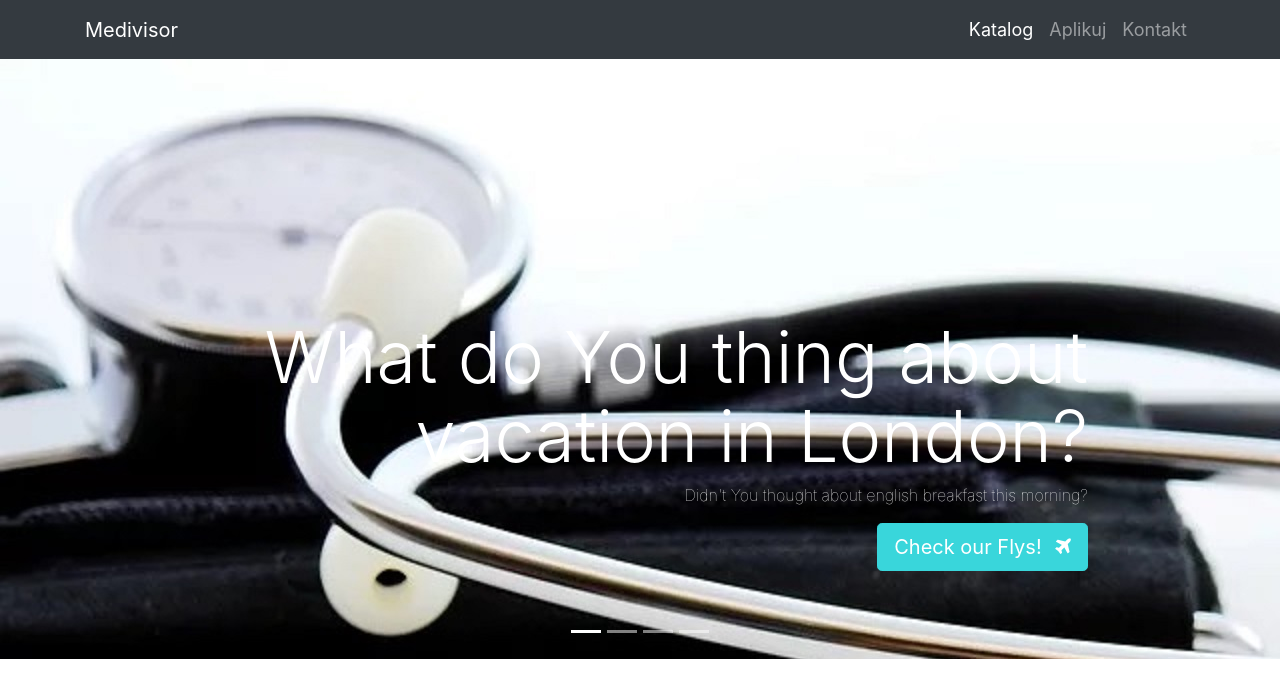
Repository: petrificustotalus/serwisy
Page: src/index.html
These files come from the project's save history. The page is drawn as it stood at one moment and after the next save; the edit follows.
The browser window is 1280 px wide. The pictures show the whole page.

Above is the page before, as saved 2020-05-07 16:25:24.

### src/index.html
<!DOCTYPE html>
<html class="no-js" lang="en">
    <head>
        <meta http-equiv="x-ua-compatible" content="ie=edge">
	    <meta name="viewport" content="width=device-width, initial-scale=1.0" />
        <link rel="stylesheet" href="css/font-awesome.min.css">
        <link rel="stylesheet" href="css/bootstrap.css">
        <link rel="stylesheet" href="css/style.css">
        <title>Globetrooter v.2</title>
    </head>

    <body>
        <nav class="navbar navbar-expand-sm navbar-dark bg-dark">
            <div class="container">
                <a href="index.html" class="navbar-brand">Medivisor</a>
                <button class="navbar-toggler" data-toggle="collapse" data-target="#navNavbar"><span class="navbar-toggler-icon"></span></button>
                <div class="collapse navbar-collapse" id="navbarNav">
                    <ul class="navbar-nav ml-auto">
                        <li class="nav-item active">
                            <a href="index.html" class="nav-link">Katalog</a>
                        </li>
                        <li class="nav-item">
                            <a href="flys.html" class="nav-link">Aplikuj</a>
                        </li>
                        <li class="nav-item">
                            <a href="company.html" class="nav-link">Kontakt</a>
                        </li>
                    </ul>
                </div>
            </div>
        </nav>

        <!--SHOWCASE SLIDER-->
        <section id="showcase">
            <div id="someCarousel" class="carousel slide">
                <ol class="carousel-indicators">
                    <li data-target="#someCarousel" data-slide-to="0" class="active"></li>
                    <li data-target="#someCarousel" data-slide-to="1"></li>
                    <li data-target="#someCarousel" data-slide-to="2"></li>
                    <li data-target="#someCarousel" data-slide-to="3"></li>
                </ol>
                <div class="carousel-inner">
                    <div class="carousel-item carousel-image-1 active">
                        <div class="container">
                            <div class="carousel-caption d-none d-sm-block text-right mb-5">
                                <h1 class="display-3">What do You thing about vacation in London?</h1>
                                <p>Didn't You thought about english breakfast this morning?</p>
                                <a href="#" class="btn btn-primary btn-lg">Check our Flys! <i class="fa fa-plane ml-2"></i></a>
                            </div>
                        </div>
                    </div>

                    <div class="carousel-item carousel-image-2">
                        <div class="container">
                            <div class="carousel-caption d-none d-sm-block text-right mb-5">
                                <h1 class="display-3">What about pizza in Roma?</h1>
                                <p>Or maybe spagetti?</p>
                                <a href="#" class="btn btn-primary btn-lg">Let's go there! <i class="fa fa-plane ml-2"></i></a>
                            </div>
                        </div>
                    </div>

                    <div class="carousel-item carousel-image-3">
                        <div class="container">
                            <div class="carousel-caption d-none d-sm-block text-right mb-5">
                                <h1 class="display-3">Croissante? Fromage?</h1>
                                <p>Maybe this weekend it's the right time for some wine with a view of the Eiffel tower?</p>
                                <a href="#" class="btn btn-primary btn-lg">I love it! <i class="fa fa-plane ml-2"></i></a>
                            </div>
                        </div>
                    </div>

                    <div class="carousel-item carousel-image-4">
                        <div class="container">
                            <div class="carousel-caption d-none d-sm-block text-right mb-5">
                                <h1 class="display-3">You are not hungry? So maybe it's tame for a drink?</h1>
                                <p>Or shot of Vodka?</p>
                                <a href="#" class="btn btn-primary btn-lg">Let's drink! <i class="fa fa-plane ml-2"></i></a>
                            </div>
                        </div>
                    </div>
                </div>
            </div>
        </section>

        <script src="js/jquery.min.js"></script>
        <script src="js/popper.min.js"></script>
        <script src="js/bootstrap.min.js"></script>
    </body>
</html>

### src/css/style.css
.navbar .nav-link {
  font-size: 18px;
  padding-left: 1em;
  padding-right: 1em; }

.carousel-item {
  height: 600px;
  width: cover; }

#showcase p {
  font-weight: 100;
  font-size: 30pxpx;
  text-shadow: 2px 2px 0 rgba(0, 0, 0, 0.1); }

.carousel-image-1 {
  background-image: url(../image/8.jpg); }

.carousel-image-2 {
  background-image: url(../image/8.jpg); }

.carousel-image-3 {
  background-image: url(../image/8.jpg); }

.carousel-image-4 {
  background-image: url(../image/8.jpg); }

Loaded but not shown: src/css/font-awesome.min.css (library); src/css/bootstrap.css (library); src/js/jquery.min.js (library); src/js/popper.min.js (library); src/js/bootstrap.min.js (library)

After the next save:
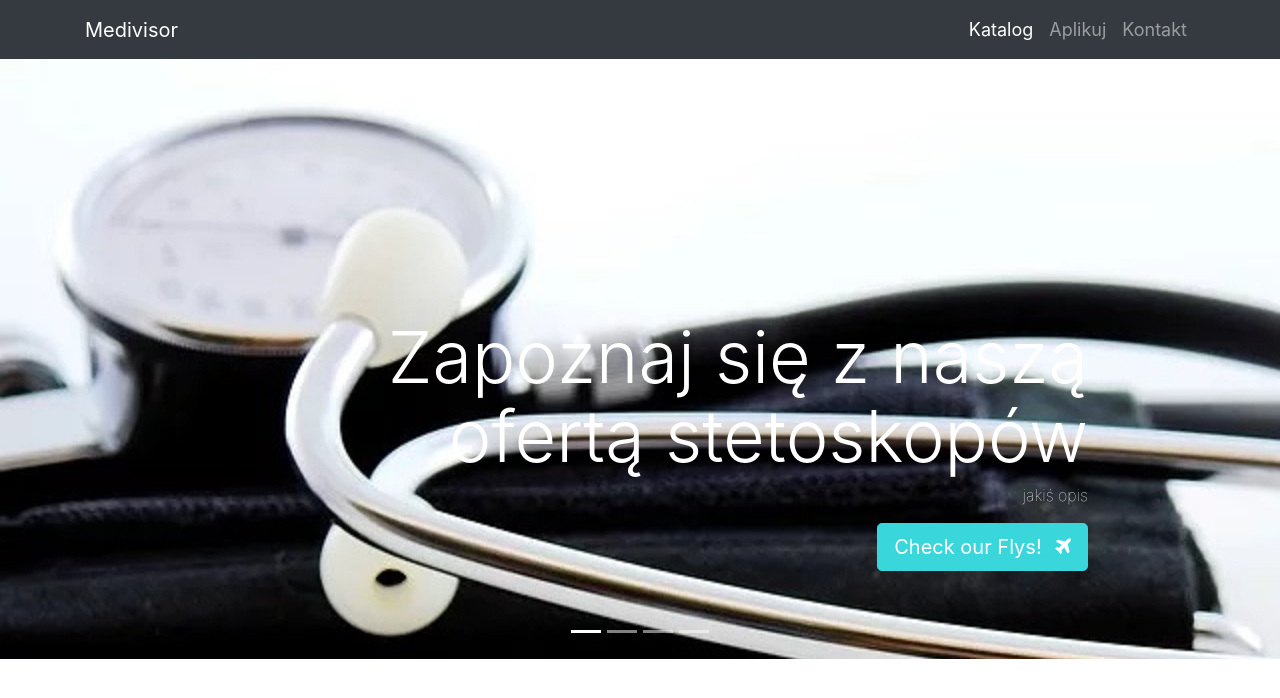
Saved 2 min 52 s later.
--- a/src/index.html
+++ b/src/index.html
@@ -43,8 +43,8 @@
                     <div class="carousel-item carousel-image-1 active">
                         <div class="container">
                             <div class="carousel-caption d-none d-sm-block text-right mb-5">
-                                <h1 class="display-3">What do You thing about vacation in London?</h1>
-                                <p>Didn't You thought about english breakfast this morning?</p>
+                                <h1 class="display-3">Zapoznaj się z naszą ofertą stetoskopów</h1>
+                                <p>jakiś opis</p>
                                 <a href="#" class="btn btn-primary btn-lg">Check our Flys! <i class="fa fa-plane ml-2"></i></a>
                             </div>
                         </div>
@@ -53,8 +53,8 @@
                     <div class="carousel-item carousel-image-2">
                         <div class="container">
                             <div class="carousel-caption d-none d-sm-block text-right mb-5">
-                                <h1 class="display-3">What about pizza in Roma?</h1>
-                                <p>Or maybe spagetti?</p>
+                                <h1 class="display-3">Zapoznaj się z naszą ofertą ....</h1>
+                                <p>jakiś opis</p>
                                 <a href="#" class="btn btn-primary btn-lg">Let's go there! <i class="fa fa-plane ml-2"></i></a>
                             </div>
                         </div>
@@ -63,8 +63,8 @@
                     <div class="carousel-item carousel-image-3">
                         <div class="container">
                             <div class="carousel-caption d-none d-sm-block text-right mb-5">
-                                <h1 class="display-3">Croissante? Fromage?</h1>
-                                <p>Maybe this weekend it's the right time for some wine with a view of the Eiffel tower?</p>
+                                <h1 class="display-3">Nasza aparatuda do ...</h1>
+                                <p>jakiś opis</p>
                                 <a href="#" class="btn btn-primary btn-lg">I love it! <i class="fa fa-plane ml-2"></i></a>
                             </div>
                         </div>
@@ -73,8 +73,8 @@
                     <div class="carousel-item carousel-image-4">
                         <div class="container">
                             <div class="carousel-caption d-none d-sm-block text-right mb-5">
-                                <h1 class="display-3">You are not hungry? So maybe it's tame for a drink?</h1>
-                                <p>Or shot of Vodka?</p>
+                                <h1 class="display-3">Coś jeszcze</h1>
+                                <p>jakiś opis</p>
                                 <a href="#" class="btn btn-primary btn-lg">Let's drink! <i class="fa fa-plane ml-2"></i></a>
                             </div>
                         </div>
